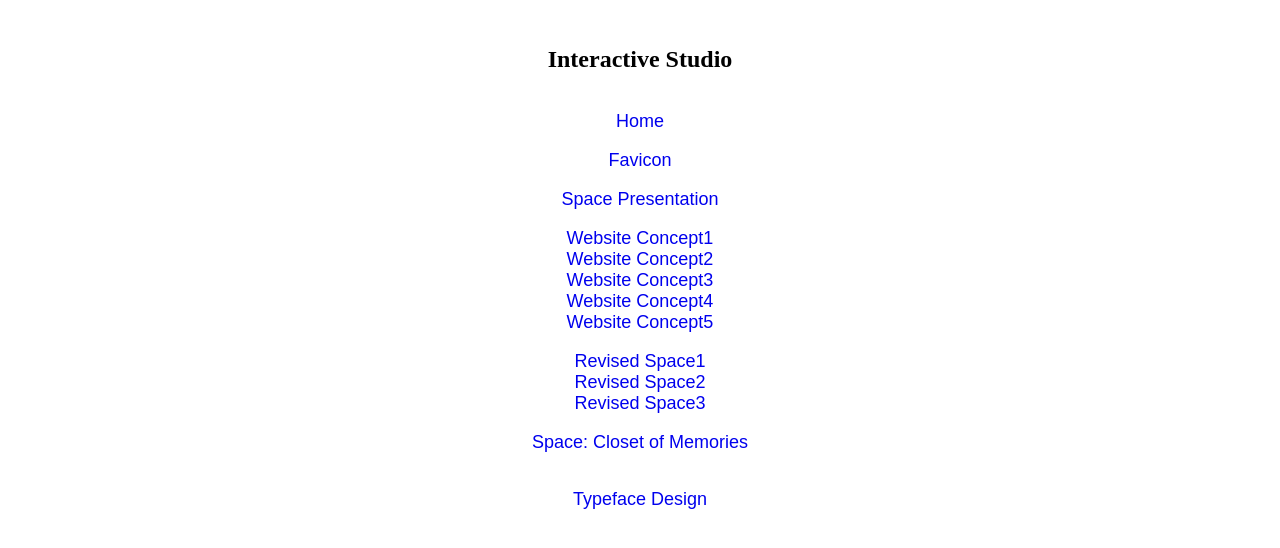
Repository: parkh899/parkh899.github.io
Page: studio/index.html
The author's editor kept a record of every edit. The page is drawn from the files as they stood at one moment, then again after the next edit.
The browser window is 1280 px wide. The pictures show the whole page.

Above is the page before.

### studio/index.html
<html>
    <head>
    <style>
    a:link {
        text-decoration: none;
    	font-family: vrinda, arial, "Times New Roman", Times, serif;
    	font-size: 18px;
    }

    a:visited {
        text-decoration: none;
    }

    a:hover {
        text-decoration: underline;
    }

    a:active {
        text-decoration: underline;
    }
    </style>
    <link rel="icon" href="../favicon.jpg" sizes="16x16 32x32" type="image/jpg">
    </head>

    <body>
        <center>
            <br/>
            <h2>Interactive Studio</h2>
            <br/>

            <a href= "../index.html">Home</a><br/><br/>
            <a href= "favicon.html">Favicon</a><br/><br/>
            <a href= "space/space.pdf">Space Presentation</a><br/><br/>
            <a href= "space/concept1.pdf">Website Concept1</a><br/>
            <a href= "space/concept2.pdf">Website Concept2</a><br/>
            <a href= "space/concept3.pdf">Website Concept3</a><br/>
            <a href= "space/concept4.pdf">Website Concept4</a><br/>
            <a href= "space/concept5.pdf">Website Concept5</a><br/><br/>
            <a href= "space/concept1rev.pdf">Revised Space1</a><br/>
            <a href= "space/concept2rev.pdf">Revised Space2</a><br/>
            <a href= "space/concept3rev.pdf">Revised Space3</a><br/><br/>
            <a href= "space/caart.html">Space: Closet of Memories</a><br/><br/><br/>
            <a href= "typeface/typeface.pdf">Typeface Design</a>
        </center>
    </body>
</html>

After the next edit:
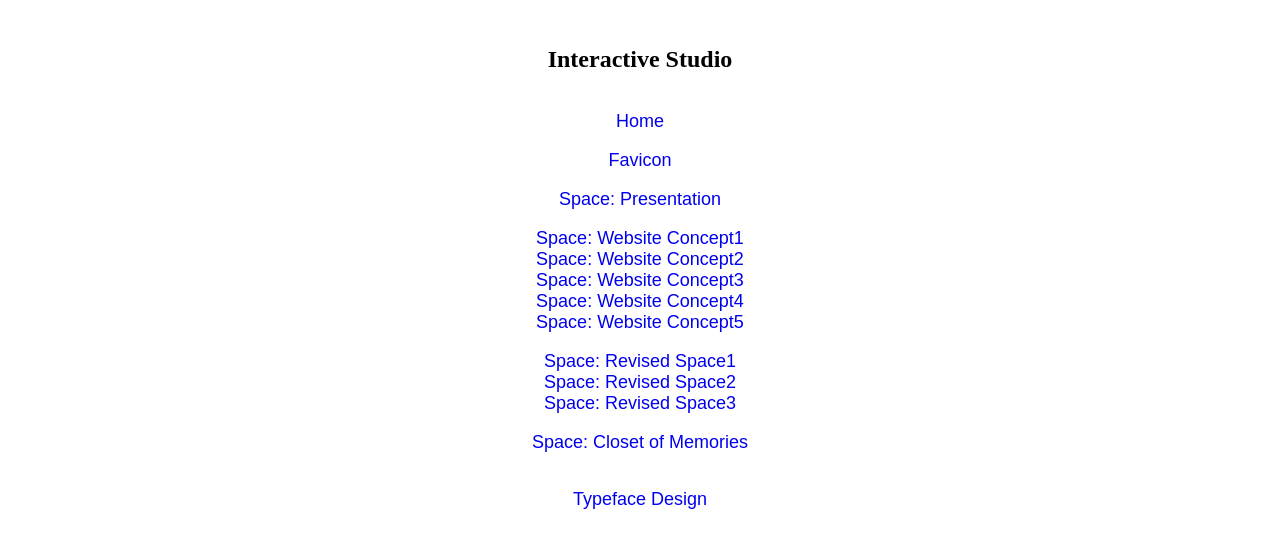
The edit:
--- a/studio/index.html
+++ b/studio/index.html
@@ -30,15 +30,15 @@
 
             <a href= "../index.html">Home</a><br/><br/>
             <a href= "favicon.html">Favicon</a><br/><br/>
-            <a href= "space/space.pdf">Space Presentation</a><br/><br/>
-            <a href= "space/concept1.pdf">Website Concept1</a><br/>
-            <a href= "space/concept2.pdf">Website Concept2</a><br/>
-            <a href= "space/concept3.pdf">Website Concept3</a><br/>
-            <a href= "space/concept4.pdf">Website Concept4</a><br/>
-            <a href= "space/concept5.pdf">Website Concept5</a><br/><br/>
-            <a href= "space/concept1rev.pdf">Revised Space1</a><br/>
-            <a href= "space/concept2rev.pdf">Revised Space2</a><br/>
-            <a href= "space/concept3rev.pdf">Revised Space3</a><br/><br/>
+            <a href= "space/space.pdf">Space: Presentation</a><br/><br/>
+            <a href= "space/concept1.pdf">Space: Website Concept1</a><br/>
+            <a href= "space/concept2.pdf">Space: Website Concept2</a><br/>
+            <a href= "space/concept3.pdf">Space: Website Concept3</a><br/>
+            <a href= "space/concept4.pdf">Space: Website Concept4</a><br/>
+            <a href= "space/concept5.pdf">Space: Website Concept5</a><br/><br/>
+            <a href= "space/concept1rev.pdf">Space: Revised Space1</a><br/>
+            <a href= "space/concept2rev.pdf">Space: Revised Space2</a><br/>
+            <a href= "space/concept3rev.pdf">Space: Revised Space3</a><br/><br/>
             <a href= "space/caart.html">Space: Closet of Memories</a><br/><br/><br/>
             <a href= "typeface/typeface.pdf">Typeface Design</a>
         </center>
